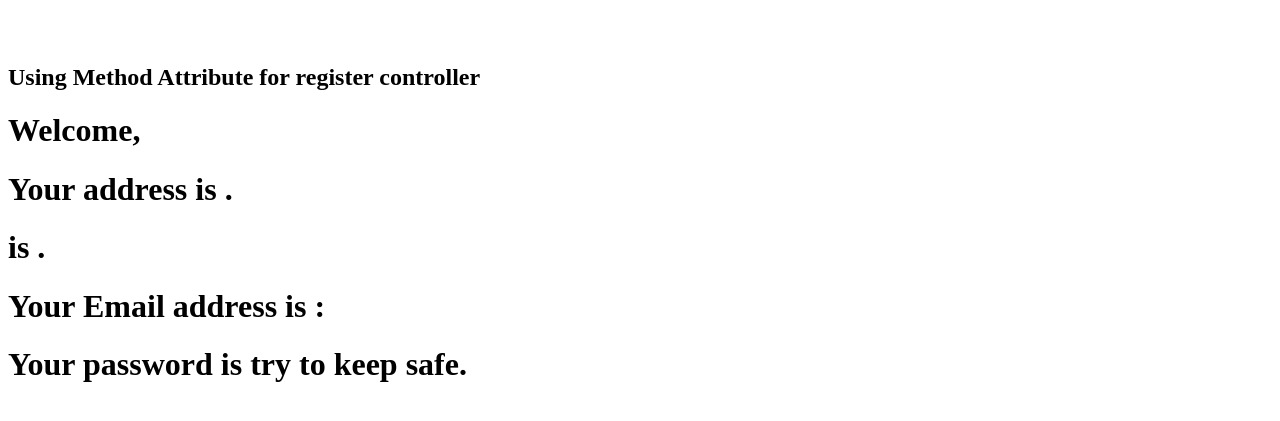
Repository: vijay10091999/Advance-java
Page: http://localhost/SpringMVC/WEB-INF/views/success.jsp
The author's editor kept a copy of each file at every save. The page is drawn from the files as they stood at one save, then again after the next save.
The browser window is 1280 px wide. The pictures show the whole page.
The page is served by Tomcat 9. Nobody is signed in. The template is opened directly, without the code that normally fills it, so the values that code supplies are empty.

Above is the page before, as saved 2022-06-13 10:17:25.

After the next save:
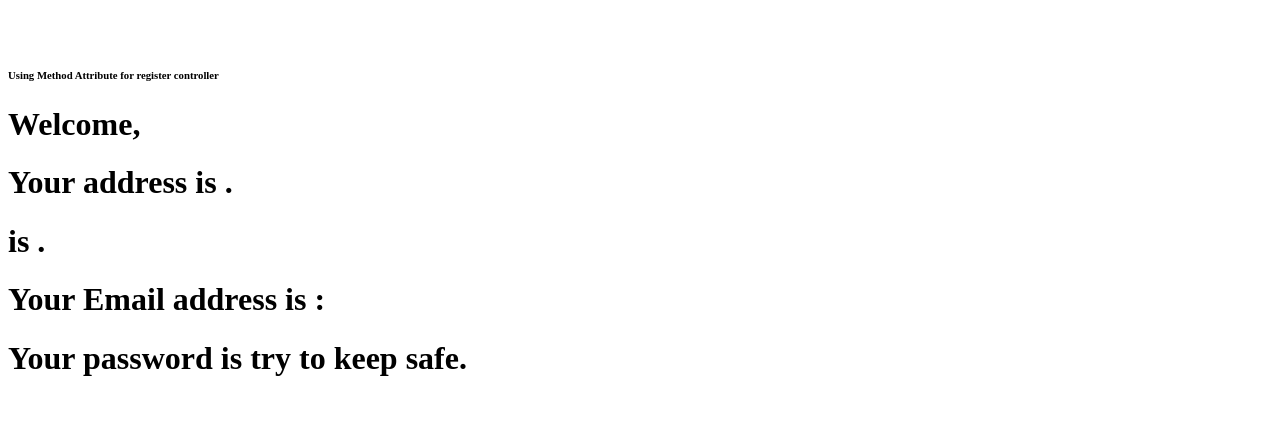
Saved 67 s later.
--- a/SpringMVC/src/main/webapp/WEB-INF/views/success.jsp
+++ b/SpringMVC/src/main/webapp/WEB-INF/views/success.jsp
@@ -19,13 +19,15 @@
 <h1>Your Email address is : ${u.email }</h1>
 <h1>Your password is ${u.password } try to keep safe.</h1> --%>
 
-<h2>Using Method Attribute for register controller</h2>
+<h6>Using Method Attribute for register controller</h6>
+
+<h1 style ="color:green">${msg }</h1>
+
 <h1>Welcome, ${u.name } </h1>
 <h1>Your address is ${u.address }.</h1>
 <h1>${u.name } is ${u.gender }.</h1>
 <h1>Your Email address is : ${u.email }</h1>
 <h1>Your password is ${u.password } try to keep safe.</h1>
 
-<h1 style ="color:green">${msg }</h1>
 </body>
 </html>
